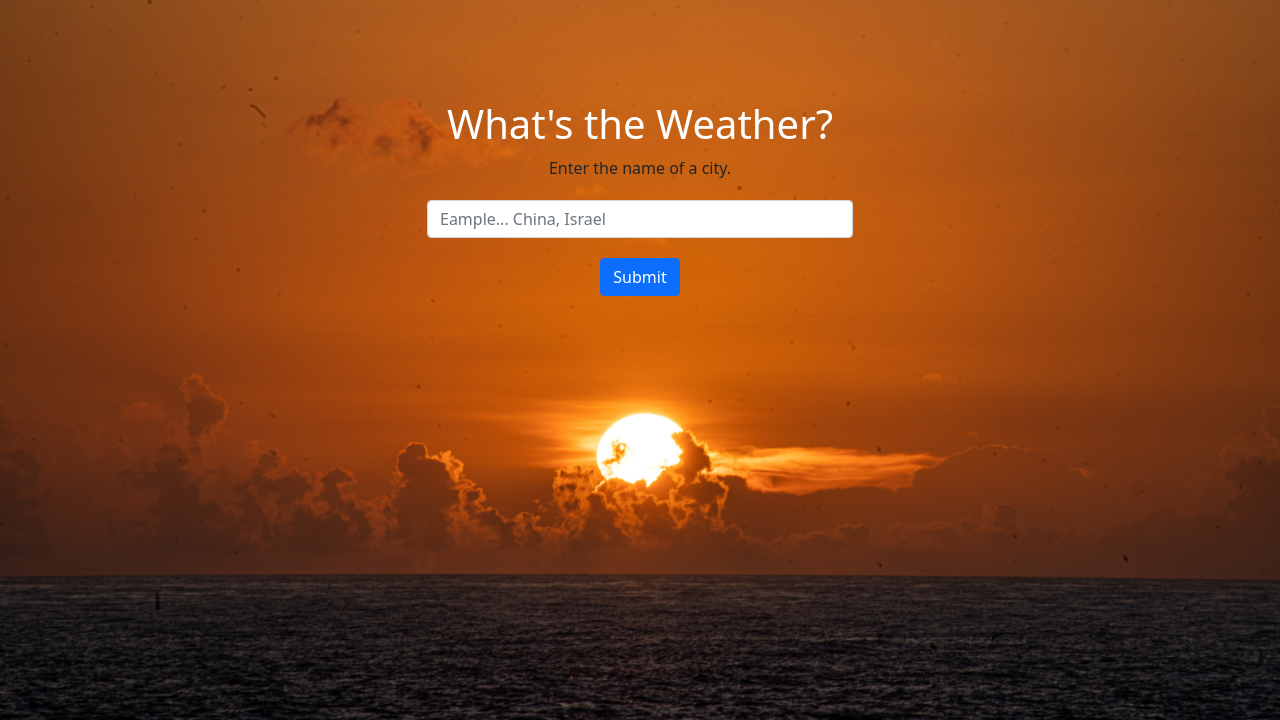
Repository: Ashwin1510/php_projectgh
Page: http://localhost/weather_scrapper.php
These files come from the project's save history. The page is drawn as it stood at one moment and after a run of saves; the edit follows.
The browser window is 1280 px wide. The pictures show the whole page.
The page is run by PHP 8.4 with error messages shown; the project is at /var/www/html/.

Above is the page before, as saved 2022-12-16 12:49:35.

After the next 2 saves:
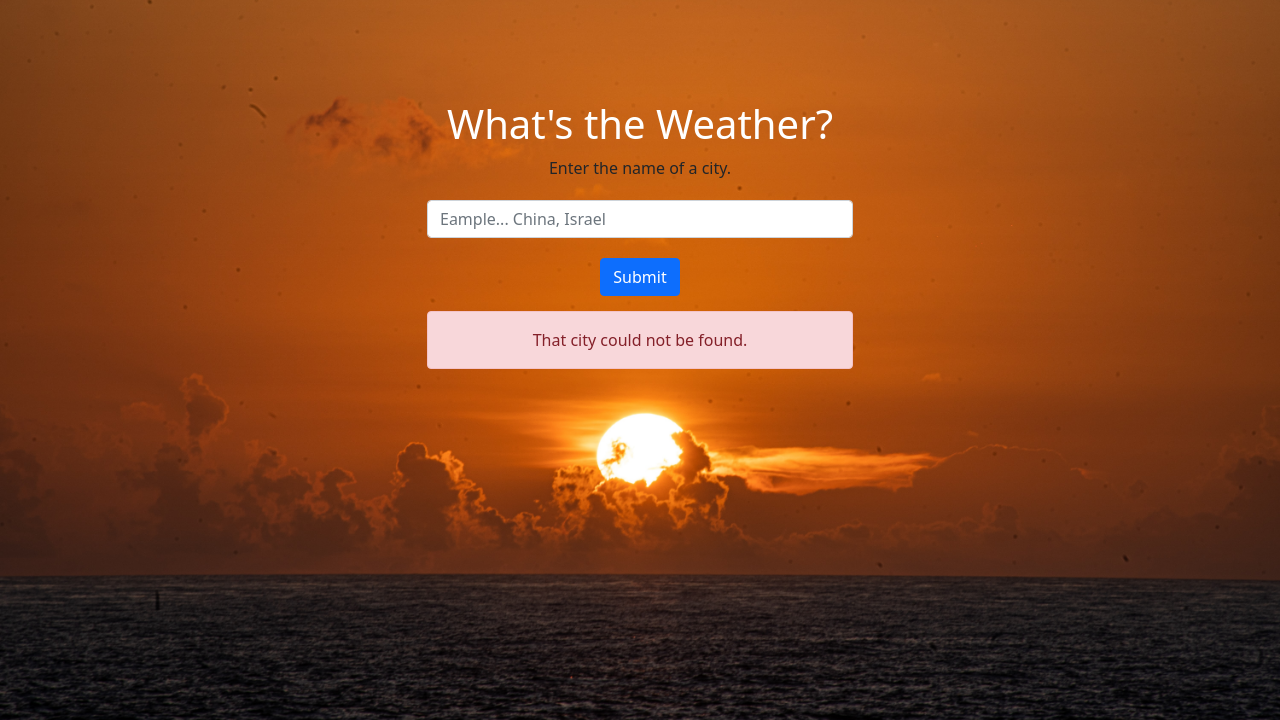
The 2 saves are shown as one change because they came seconds apart.
The last was saved 29 s later.
--- a/weather_scrapper.php
+++ b/weather_scrapper.php
@@ -106,6 +106,14 @@
 
 
 <div id="weather">
+<?php
+                    if($weather) {
+                        echo '<div class="alert alert-success" role="alert">' . $weather . '</div>';
+                    }
+                    else if($error) {
+                        echo '<div class="alert alert-danger" role="alert">' . $error . '</div>';
+                    }
+                ?>
 
 
 </div>
